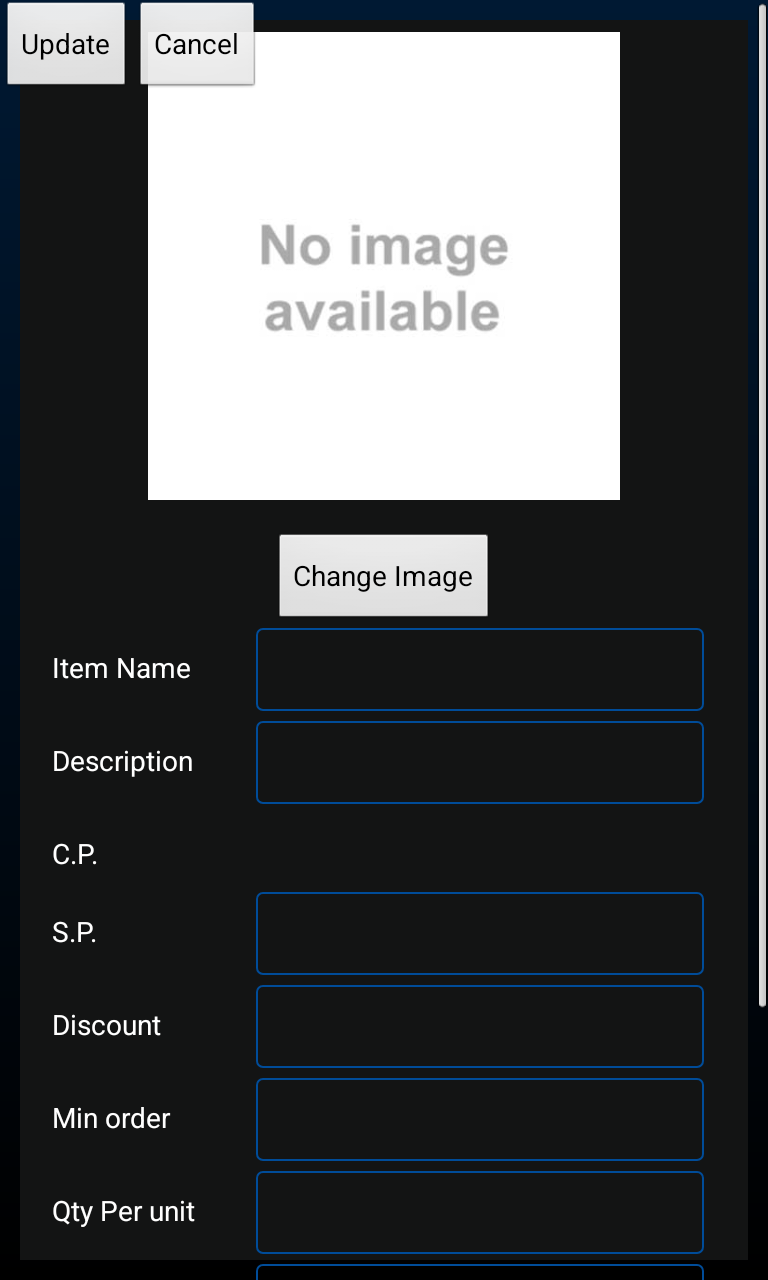
Repository: jasleen1291/B2BMobileApplication
Layout: Mobile E Commerce/B2B/res/layout/fragment_view_item.xml
These files come from the project's save history. The layout is drawn as it stood at one moment and after the next save; the edit follows.
It is drawn on a 768 x 1280 px phone screen (xhdpi) without system bars, with theme mycustomtheme; the app's code is not run. Lists and similar views that code fills are empty.

Above is the layout before, as saved 2013-05-24 22:17:14.

### Mobile E Commerce/B2B/res/layout/fragment_view_item.xml
<FrameLayout xmlns:android="http://schemas.android.com/apk/res/android"
    android:id="@+id/container"
    android:layout_width="match_parent"
    android:layout_height="match_parent"
    android:layout_gravity="center_horizontal" >

    <ScrollView
        android:layout_width="match_parent"
        android:layout_height="wrap_content" >

        <LinearLayout
            android:layout_width="match_parent"
            android:layout_height="wrap_content"
            android:layout_gravity="center_horizontal"
            android:gravity="center_horizontal"
            android:orientation="vertical"
            android:paddingBottom="@dimen/activity_vertical_margin"
            android:paddingLeft="@dimen/activity_horizontal_margin"
            android:paddingRight="@dimen/activity_horizontal_margin"
            android:paddingTop="@dimen/activity_vertical_margin" >

            <ImageView
                android:id="@+id/imageView1"
                android:layout_width="250dp"
                android:layout_height="250dp"
                android:layout_gravity="center_horizontal"

                android:contentDescription="@string/action_forgot_password"
                android:paddingBottom="@dimen/activity_vertical_margin"
                android:src="@drawable/notavailable" />
			<Button
			    android:id="@+id/button"

			    android:layout_width="wrap_content" android:layout_height="wrap_content" android:text="@string/chngImg"/>

            <LinearLayout
                android:layout_width="match_parent"
                android:layout_height="match_parent"

                android:gravity="center_horizontal"
                android:orientation="vertical"
                android:padding="0dp" >

                <LinearLayout
                    android:id="@+id/LinearLayout4"
                    android:layout_width="fill_parent"
                    android:layout_height="fill_parent"
                     >

                    <TextView
                        style="@style/titlebarstylesmall"
                        android:layout_width="0dp"
                        android:layout_weight="3"
                        android:layout_height="wrap_content"
                        android:padding="10dp"
                        android:text="@string/itemname" />

                    <EditText
                        android:id="@+id/name"
                        style="@style/EditTextStyle"
                        android:layout_width="0dp"
                        android:layout_weight="7"
                        android:layout_height="wrap_content"
                        android:layout_gravity="right"
                        android:padding="10dp"
                        android:textIsSelectable="false" />
                </LinearLayout>

                <LinearLayout
                    android:id="@+id/LinearLayout5"
                    android:layout_width="fill_parent"
                    android:layout_height="wrap_content"
                     >

                    <TextView
                        style="@style/titlebarstylesmall"
                        android:layout_width="0dp"
                        android:layout_weight="3"
                        android:layout_height="wrap_content"
                        android:padding="10dp"
                        android:text="@string/description" />

                    <EditText
                        android:id="@+id/desc"
                        style="@style/EditTextStyle"
                        android:layout_width="0dp"
                        android:layout_weight="7"
                        android:layout_height="wrap_content"
                        android:layout_gravity="right"
                        android:inputType="textMultiLine"
                        android:padding="10dp"
                        android:textIsSelectable="false" />
                </LinearLayout>

                <LinearLayout
                    android:id="@+id/LinearLayout6"
                    android:layout_width="fill_parent"
                    android:layout_height="wrap_content"
                     >

                    <TextView
                        style="@style/titlebarstylesmall"
                        android:layout_width="0dp"
                        android:layout_weight="3"
                        android:layout_height="wrap_content"
                        android:padding="10dp"
                        android:text="@string/cp" />

                    <TextView
                        android:id="@+id/cp"
                        style="@style/titlebarstylesmall"
                        android:layout_width="0dp"
                        android:layout_weight="7"
                        android:layout_height="wrap_content"
                        android:layout_gravity="right"
                        android:padding="10dp"
                        android:textIsSelectable="false" />
                </LinearLayout>

                <LinearLayout
                    android:id="@+id/LinearLayout1"
                    android:layout_width="fill_parent"
                    android:layout_height="wrap_content"
                    android:layout_margin="0dp"

                    android:focusable="false"
                    android:paddingTop="0dp" >

                    <TextView
                        style="@style/titlebarstylesmall"
                        android:layout_width="0dp"
                        android:layout_weight="3"
                        android:layout_height="wrap_content"
                        android:padding="10dp"
                        android:text="@string/sp" />

                    <EditText
                        android:id="@+id/sp"
                        style="@style/EditTextStyle"
                        android:layout_width="0dp"
                        android:layout_weight="7"
                        android:layout_height="wrap_content"
                        android:layout_gravity="right"
                        android:padding="10dp"
                        android:textIsSelectable="false" />
                </LinearLayout>

                <LinearLayout
                    android:id="@+id/LinearLayout2"
                    android:layout_width="fill_parent"
                    android:layout_height="wrap_content"
                    >

                    <TextView
                        style="@style/titlebarstylesmall"
                        android:layout_width="0dp"
                        android:layout_weight="3"
                        android:layout_height="wrap_content"
                        android:padding="10dp"
                        android:text="@string/discount" />

                    <EditText
                        android:id="@+id/discount"
                        style="@style/EditTextStyle"
                        android:layout_width="0dp"
                        android:layout_weight="7"
                        android:layout_height="wrap_content"
                        android:layout_gravity="right"
                        android:padding="10dp"
                        android:textIsSelectable="false" />
                </LinearLayout>

                <LinearLayout
                    android:id="@+id/LinearLayout3"
                    android:layout_width="fill_parent"
                    android:layout_height="wrap_content"
                     >

                    <TextView
                        style="@style/titlebarstylesmall"
                        android:layout_width="0dp"
                        android:layout_weight="3"
                        android:layout_height="wrap_content"
                        android:padding="10dp"
                        android:text="@string/minorder" />

                    <EditText
                        android:id="@+id/minorder"
                        style="@style/EditTextStyle"
                        android:layout_width="0dp"
                        android:layout_weight="7"
                        android:layout_height="wrap_content"
                        android:layout_gravity="right"
                        android:padding="10dp"
                        android:textIsSelectable="false" />
                </LinearLayout>

                <LinearLayout
                    android:layout_width="fill_parent"
                    android:layout_height="wrap_content"
                     >

                    <TextView
                        style="@style/titlebarstylesmall"
                        android:layout_width="0dp"
                        android:layout_weight="3"
                        android:layout_height="wrap_content"
                        android:padding="10dp"
                        android:text="@string/qtyperunit" />

                    <EditText
                        android:id="@+id/qtyperunit"
                        style="@style/EditTextStyle"
                        android:layout_width="0dp"
                        android:layout_weight="7"
                        android:layout_height="wrap_content"
                        android:layout_gravity="right"
                        android:padding="10dp"
                        android:textIsSelectable="false" />
                </LinearLayout>



                <LinearLayout
                    android:id="@+id/LinearLayout7"
                    android:layout_width="match_parent"
                    android:layout_height="wrap_content"
                     >

                    <TextView
                        style="@style/titlebarstylesmall"
                        android:layout_width="0dp"
                        android:layout_weight="3"
                        android:layout_height="wrap_content"
                        android:padding="10dp"
                        android:text="@string/unit_of_measurement" />

                    <EditText
                        android:id="@+id/unit_of_measurement"
                        style="@style/EditTextStyle"
                        android:layout_width="0dp"
                        android:layout_weight="7"
                        android:layout_height="wrap_content"
                        android:layout_gravity="right"
                        android:padding="10dp"
                        android:textIsSelectable="false" />
                </LinearLayout>
                 <LinearLayout
                    android:layout_width="match_parent"
                    android:layout_height="wrap_content"
                    android:layout_margin="20dp"
                    android:gravity="center_horizontal" >

                     <Button
                         android:id="@+id/button1"
                         android:layout_width="wrap_content"
                         android:layout_height="wrap_content"
                         android:text="@string/update" />

                     <Button
                         android:id="@+id/button2"
                         android:layout_width="wrap_content"
                         android:layout_height="wrap_content"
                         android:text="@string/delete" />

                </LinearLayout>
            </LinearLayout>
<TextView
            android:id="@+id/textView1"
            android:layout_width="match_parent"
            android:layout_height="match_parent"
            android:text="@string/note"
            android:textAppearance="?android:attr/textAppearanceSmall" />
        </LinearLayout>



    </ScrollView>

    <ImageView
        android:id="@+id/expanded_image"
        android:layout_width="match_parent"
        android:layout_height="match_parent"
        android:layout_gravity="center_horizontal"
        android:contentDescription="@string/action_forgot_password"
        android:visibility="invisible" />

    <LinearLayout
        android:layout_width="match_parent"
        android:layout_height="match_parent"
        android:orientation="vertical"
         >
   <ListView
            android:id="@+id/list"
            android:layout_width="wrap_content"
            android:layout_height="0dp"
            android:layout_weight="9"
             >

</ListView>
<LinearLayout
        android:layout_width="match_parent"
        android:layout_height="match_parent"
        android:orientation="horizontal"
         >
        <Button
            android:id="@+id/button4"
            android:layout_width="wrap_content"
            android:layout_height="wrap_content"
            android:text="@string/update" />

        <Button
            android:id="@+id/button3"
            android:layout_width="wrap_content"
            android:layout_height="wrap_content"
            android:text="@string/cancel" />

     </LinearLayout>

    </LinearLayout>

</FrameLayout>

### Mobile E Commerce/B2B/res/values/mycustomtheme.xml
<?xml version="1.0" encoding="utf-8"?>
<resources xmlns:android="http://schemas.android.com/apk/res/android">
    <style name="mycustomtheme" parent="@android:style/Theme.NoTitleBar.Fullscreen">
        <item name="android:windowBackground">@drawable/mybg</item>
       	<item name="android:textColor">#0066cc</item>
       	<item name="android:textColorHint">#51BFE2</item>
    </style>

</resources>

### Mobile E Commerce/B2B/res/drawable/mybg.xml
<?xml version="1.0" encoding="utf-8"?>
<layer-list  xmlns:android="http://schemas.android.com/apk/res/android">
    <item>
<shape android:shape="rectangle">



        <gradient android:startColor="#001933"  android:endColor="#000" android:angle="270"/>


</shape>
</item>
<item android:left="10dp" android:top="10dp" android:right="10dp" android:bottom="10dp">

<shape android:shape="rectangle">



        <solid android:color="#131414"></solid>


</shape>
</item>
</layer-list>

### Mobile E Commerce/B2B/res/values/strings_activity_login.xml
<resources>

    <string name="title_activity_login">Sign in</string>

    <!-- Strings related to login -->
    <string name="prompt_email">Username</string>
    <string name="prompt_password">Password</string>
    <string name="action_sign_in_register"><b>Sign in</b> or register</string>
    <string name="action_sign_in_short">Sign in</string>
    <string name="action_forgot_password">Recover lost password</string>
    <string name="login_progress_signing_in">Signing in&#8230;</string>
    <string name="error_invalid_email">This email address is invalid</string>
    <string name="error_invalid_password">This password is too short</string>
    <string name="error_incorrect_password">This password is incorrect</string>
    <string name="error_field_required">This field is required</string>
    <string name="login">Login</string>

</resources>

### Mobile E Commerce/B2B/res/values/strings.xml
<?xml version="1.0" encoding="utf-8"?>
<resources>

    <string name="app_name">B2B</string>
    <string name="action_settings">Settings</string>
    <string name="hello_world">Hello world!</string>
    <string name="Loading">Loading&#8230;&#8230;&#8230;</string>
    <string name="title_activity_sign_up">Sign Up</string>

    <string-array name="signUpAsArray">
        <item>Customer</item>
        <item>Retailer</item>
        <item>Supplier</item>
    </string-array>

    <string name="title_activity_registeration">RegisterationActivity</string>
    <string name="title_activity_customer_area">CustomerArea</string>
    <string name="welcome">Welcome</string>
    <string name="title_activity_admin_area">Admin_area</string>
    <string name="general_complaint_fragment">General Complaint</string>
    <string name="hello_blank_fragment">Hello blank fragment</string>
    <string name="general_complaint">General Complaint</string>
    <string name="respond">Respond</string>
    <string name="submit">Submit</string>
    <string name="addcategory">Parent Category</string>
    <string name="categoryhint">Category</string>
    <string name="AddParentCategory">Add super category</string>
    <string name="complaintAbout">Complaint About</string>
    <string name="complainFrom">Complaint From</string>
    <string name="itemComplaint">Complaints about Items</string>
    <string name="shopComplaint">Complaint about shop</string>
    <string name="generalNotification">General Notification</string>
    <string name="urgentNotification">Urgent Notification</string>
    <string name="title">Title</string>
    <string name="message">Message</string>
    <string name="markAll">Mark all</string>
    <string name="advertisementPricing">Advertisement Pricing</string>
    <string name="desc">Description</string>
    <string name="days">No of days</string>
    <string name="cost">Cost</string>
    <string name="size">Size of advertisement</string>
    <string name="type">Type</string>
    <string name="fine">Fine</string>
    <string name="pickCategory">Pick a Category</string>

    <string-array name="typeArray">
        <item>Retailer</item>
        <item>Supplier</item>
    </string-array>

    <string name="update">Update</string>
    <string name="delete">Delete</string>
    <string name="view_advertisement">View Advertisements</string>
    <string name="noofcategories">No of Categories</string>
    <string name="shoppricing">Shop Pricing</string>
    <string name="view_fine_pricing">View Fine Pricing</string>
    <string name="shop_pricing">Shop Pricing</string>
    <string name="subCategory">Add Sub Category</string>
    <string name="addshop">Add Shop</string>
    <string name="title_activity_pay_fine">Pay Fine</string>
    <string name="finetitle">Your account has been suspended by the admin. Pay fine to continue using this applciation.</string>
    <string name="fineabc">Your payment has been received. Your account will now be restored. Please wait few minutes</string>
    <string name="title_activity_retailer_area">Retailer_area</string>
    <string name="title_activity_first_time_login">FirstTimeLogin</string>
    <string name="EditMyCategories">Edit My Categories</string>
    <string name="addnewitem">Add New Item</string>
    <string name="itemname">Item Name</string>
    <string name="longdescription">Long Description</string>
    <string name="qtyperunit">Qty Per unit</string>
    <string name="unit_of_measurement">Unit of Measurement</string>
    <string name="shopName">Shop Name</string>
    <string name="description">Description</string>
    <string name="categoriesAllowed">No of categories allowed</string>
    <string name="itemsSelling">No of Items Selling</string>
    <string name="itemsAvailable">No of Items not Selling</string>
    <string name="expirydate">Expiry Date</string>
    <string name="paymentEmail">Payment Email</string>
    <string name="selectcategory">Select a Category</string>
    <string name="clicktochange">Click On Image To Change It</string>
    <string name="cp">C.P.</string>
    <string name="sp">S.P.</string>
    <string name="minorder">Min order</string>
    <string name="discount">Discount</string>
    <string name="qtyonorder">Qty. On Order</string>
    <string name="qtyonhand">Qty. On Hand</string>
    <string name="qty">Qty.</string>
    <string name="viewdetails">View Details</string>
    <string name="note">Long Click on Image to view expanded image</string>
    <string name="chngImg">Change Image</string>
    <string name="addWarehouse">Add Warehouse</string>
    <string name="name">Name</string>
    <string name="cancel">Cancel</string>

</resources>

### Mobile E Commerce/B2B/res/values/styles.xml
<?xml version="1.0" encoding="utf-8"?>
<resources xmlns:android="http://schemas.android.com/apk/res/android">

    <!--
        Base application theme, dependent on API level. This theme is replaced
        by AppBaseTheme from res/values-vXX/styles.xml on newer devices.

    -->
    <style name="AppBaseTheme" parent="android:Theme.Light">
        <!--
            Theme customizations available in newer API levels can go in
            res/values-vXX/styles.xml, while customizations related to
            backward-compatibility can go here.

        -->
    </style>

    <!-- Application theme. -->
    <style name="AppTheme" parent="AppBaseTheme">
        <!-- All customizations that are NOT specific to a particular API-level can go here. -->
    </style>

    <style name="LoginFormContainer">
        <item name="android:layout_width">match_parent</item>
        <item name="android:layout_height">wrap_content</item>
        <item name="android:padding">16dp</item>
    </style>
    <style name="TextViewStyle">
        <item name="android:layout_width">wrap_content</item>
        <item name="android:layout_height">wrap_content</item>
        <item name="android:gravity">right</item>
        <item name="android:textSize">14sp</item>
        <item name="android:textColor">#0066cc</item>
        <item name="android:layout_margin">5dp</item>
    </style>
	<style name="EditTextStyle">
        <item name="android:layout_width">match_parent</item>
        <item name="android:layout_height">wrap_content</item>
        <item name="android:textSize">16sp</item>
        <item name="android:textColor">#0066cc</item>

        <item name="android:layout_marginLeft">16dp</item>
        <item name="android:layout_marginRight">16dp</item>
        <item name="android:layout_marginTop">5dp</item>
        <item name="android:background">@drawable/textview_border</item>
    </style>
	<style name="SpinnerStyle">
        <item name="android:layout_width">match_parent</item>
        <item name="android:layout_height">wrap_content</item>
        <item name="android:textSize">16sp</item>
        <item name="android:textColor">#0066cc</item>

        <item name="android:layout_marginLeft">16dp</item>
        <item name="android:layout_marginRight">16dp</item>
        <item name="android:layout_marginTop">5dp</item>

    </style>
	<style name="titlebarstyle">
	    <item name="android:layout_marginBottom">10dp</item>
        <item name="android:layout_width">match_parent</item>
        <item name="android:layout_height">wrap_content</item>
        <item name="android:background">@drawable/titlebar</item>
        <item name="android:textColor">@android:color/white</item>
        <item name="android:textAppearance">?android:attr/textAppearanceLarge</item>
	</style>
	<style name="titlebarstylesmall">


        <item name="android:textColor">@android:color/white</item>

	</style>
</resources>

### Mobile E Commerce/B2B/res/drawable/textview_border.xml
<?xml version="1.0" encoding="utf-8"?>
<shape xmlns:android="http://schemas.android.com/apk/res/android" android:shape="rectangle">
    <corners android:radius="3dp"></corners>
	<stroke android:width="1dp" android:color="#004C99"/>
	<padding android:left="10dp" android:top="10dp" android:right="10dp" android:bottom="10dp"/>
</shape>

Loaded but not shown: Mobile E Commerce/B2B/res/values/dimens.xml (common file)

After the next save:
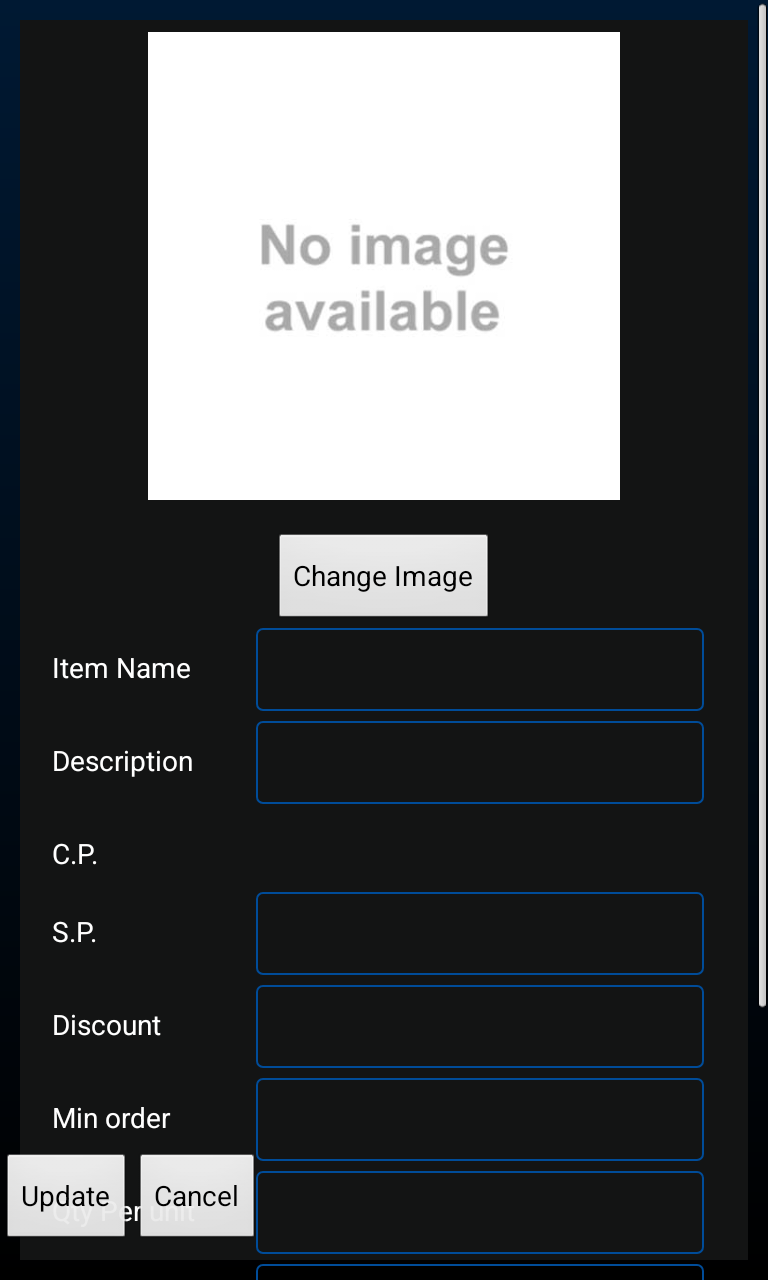
Saved 9 s later.
--- a/Mobile E Commerce/B2B/res/layout/fragment_view_item.xml
+++ b/Mobile E Commerce/B2B/res/layout/fragment_view_item.xml
@@ -300,8 +300,9 @@
 </ListView>
 <LinearLayout
         android:layout_width="match_parent"
-        android:layout_height="match_parent"
-        android:orientation="horizontal"
+        android:layout_height="0dp"
+            android:layout_weight="1"
+            android:orientation="horizontal"
          >
         <Button
             android:id="@+id/button4"
